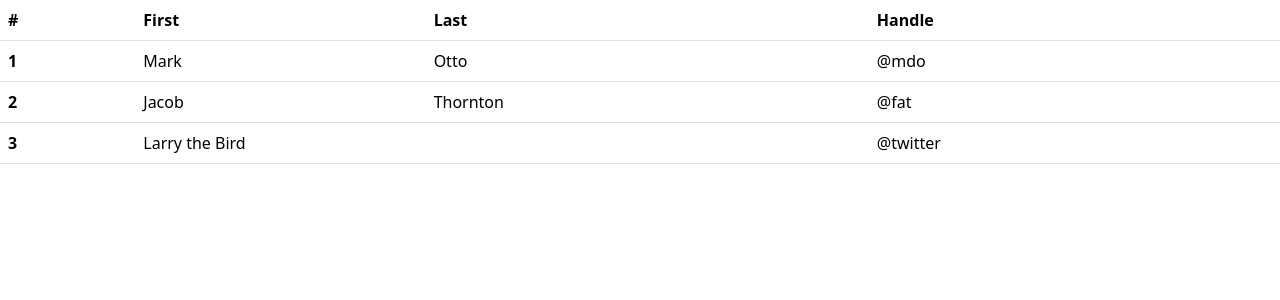
Repository: Rahulpanchal16/springMVCcrud
Page: http://localhost/SpringCRUDproject/WEB-INF/views/index.jsp
An editor plug-in stored every save of this project. The page is shown before and after the next save, followed by the edit.
The browser window is 1280 px wide. The pictures show the whole page.
The page is served by Tomcat 9. Nobody is signed in. Other server files are loaded and not shown. The template is opened directly, without the code that normally fills it, so the values that code supplies are empty.

Above is the page before, as saved 2023-04-10 09:41:01.

### SpringCRUDproject/src/main/webapp/WEB-INF/views/index.jsp
<%@ page language="java" contentType="text/html; charset=UTF-8"
	pageEncoding="UTF-8"%>

<!DOCTYPE html>
<html>
<head>
<meta charset="UTF-8">
<%@include file="./bootcssjs.jsp"%>
</head>
<body>
	<div>
		<table class="table">
			<thead>
				<tr>
					<th scope="col">#</th>
					<th scope="col">First</th>
					<th scope="col">Last</th>
					<th scope="col">Handle</th>
				</tr>
			</thead>
			<tbody>
				<tr>
					<th scope="row">1</th>
					<td>Mark</td>
					<td>Otto</td>
					<td>@mdo</td>
				</tr>
				<tr>
					<th scope="row">2</th>
					<td>Jacob</td>
					<td>Thornton</td>
					<td>@fat</td>
				</tr>
				<tr>
					<th scope="row">3</th>
					<td colspan="2">Larry the Bird</td>
					<td>@twitter</td>
				</tr>
			</tbody>
		</table>
	</div>
</body>
</html>

### SpringCRUDproject/src/main/webapp/WEB-INF/views/bootcssjs.jsp
<%@ page language="java" contentType="text/html; charset=UTF-8"
	pageEncoding="UTF-8"%>
<%@ taglib prefix="c" uri="http://java.sun.com/jsp/jstl/core"%>
<%@page isELIgnored="false"%>
<meta name="viewport" content="width=device-width, initial-scale=1">
<link
	href="https://cdn.jsdelivr.net/npm/bootstrap@5.3.0-alpha3/dist/css/bootstrap.min.css"
	rel="stylesheet"
	integrity="sha384-KK94CHFLLe+nY2dmCWGMq91rCGa5gtU4mk92HdvYe+M/SXH301p5ILy+dN9+nJOZ"
	crossorigin="anonymous">

<script
	src="https://cdn.jsdelivr.net/npm/@popperjs/core@2.11.7/dist/umd/popper.min.js"
	integrity="sha384-zYPOMqeu1DAVkHiLqWBUTcbYfZ8osu1Nd6Z89ify25QV9guujx43ITvfi12/QExE"
	crossorigin="anonymous"></script>
<script
	src="https://cdn.jsdelivr.net/npm/bootstrap@5.3.0-alpha3/dist/js/bootstrap.min.js"
	integrity="sha384-Y4oOpwW3duJdCWv5ly8SCFYWqFDsfob/3GkgExXKV4idmbt98QcxXYs9UoXAB7BZ"
	crossorigin="anonymous"></script>

<title><c:out value="${title }">Home Page</c:out></title>

After the next save:
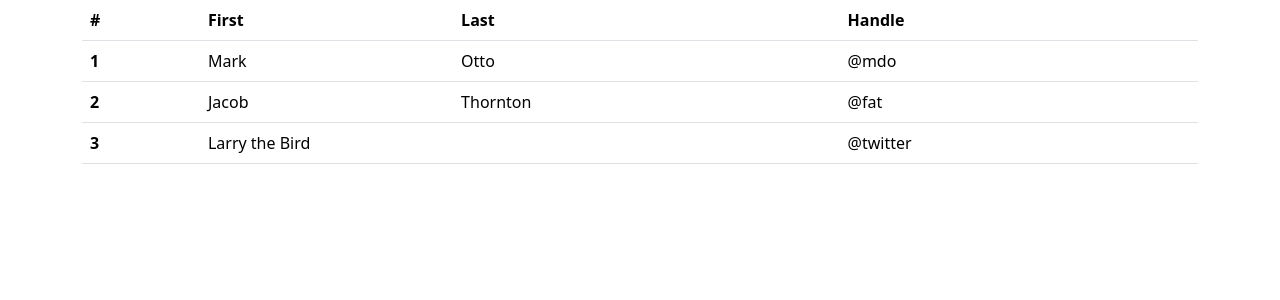
Saved 8 s later.
--- a/SpringCRUDproject/src/main/webapp/WEB-INF/views/index.jsp
+++ b/SpringCRUDproject/src/main/webapp/WEB-INF/views/index.jsp
@@ -8,7 +8,7 @@
 <%@include file="./bootcssjs.jsp"%>
 </head>
 <body>
-	<div>
+	<div class="container">
 		<table class="table">
 			<thead>
 				<tr>
